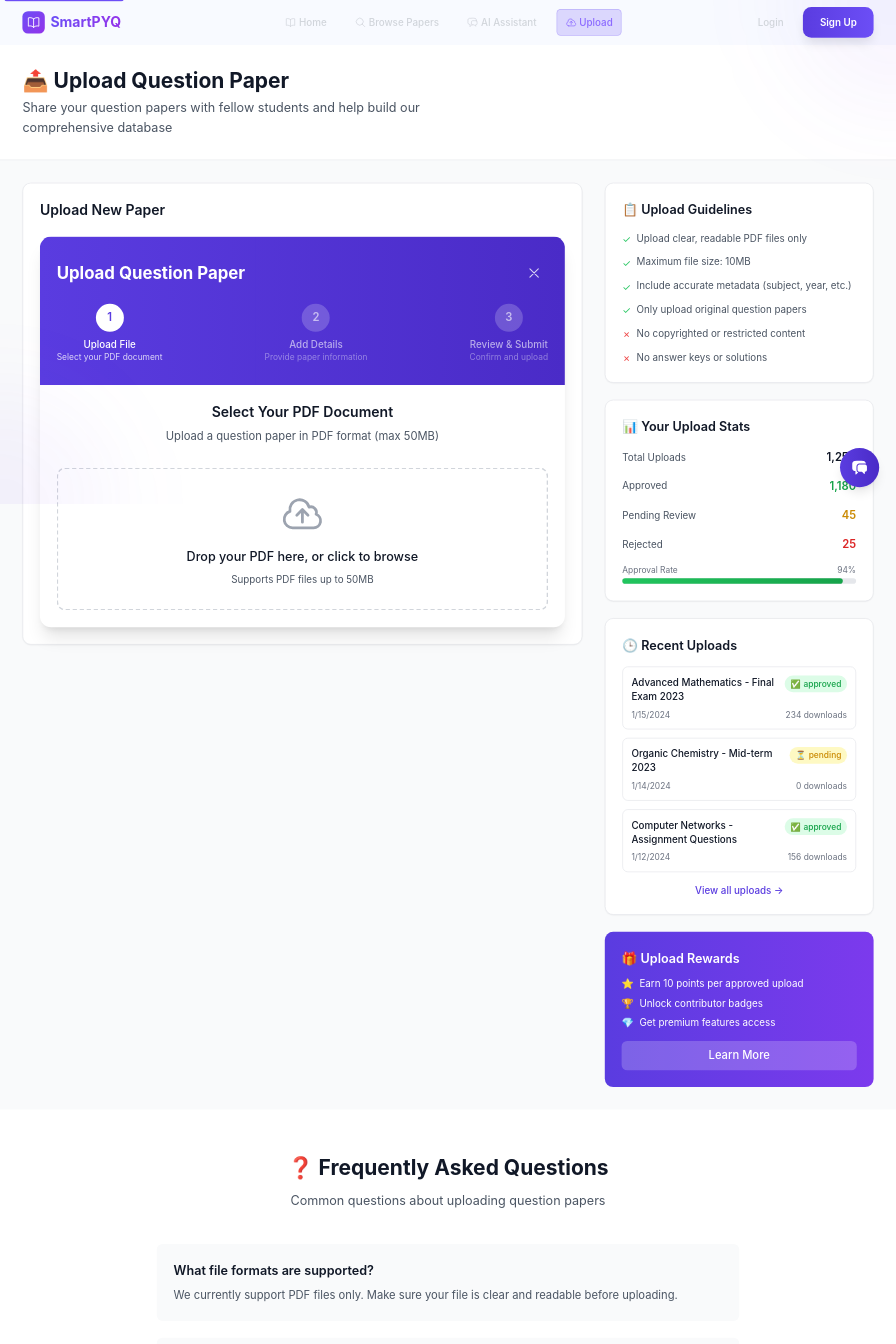
Repository: sumer52/smartpyq
Page: /upload (app in smartpyq-frontend/)
The author's editor kept a copy of each file at every save. The page is drawn from the files as they stood at one save, then again after the next save.
The browser window is 1280 px wide. The pictures show the part of the page from y = 0 to 1920 px (the page is 3389 px tall before and 3535 px after), at 70% of full size.
The project was rebuilt for these pictures with package versions that can differ from the ones it lists, and the page was loaded fresh each time. Also part of the build but not shown: smartpyq-frontend/vite.config.js.

Above is the page before, as saved 2025-09-07 14:20:47.

After the next save:
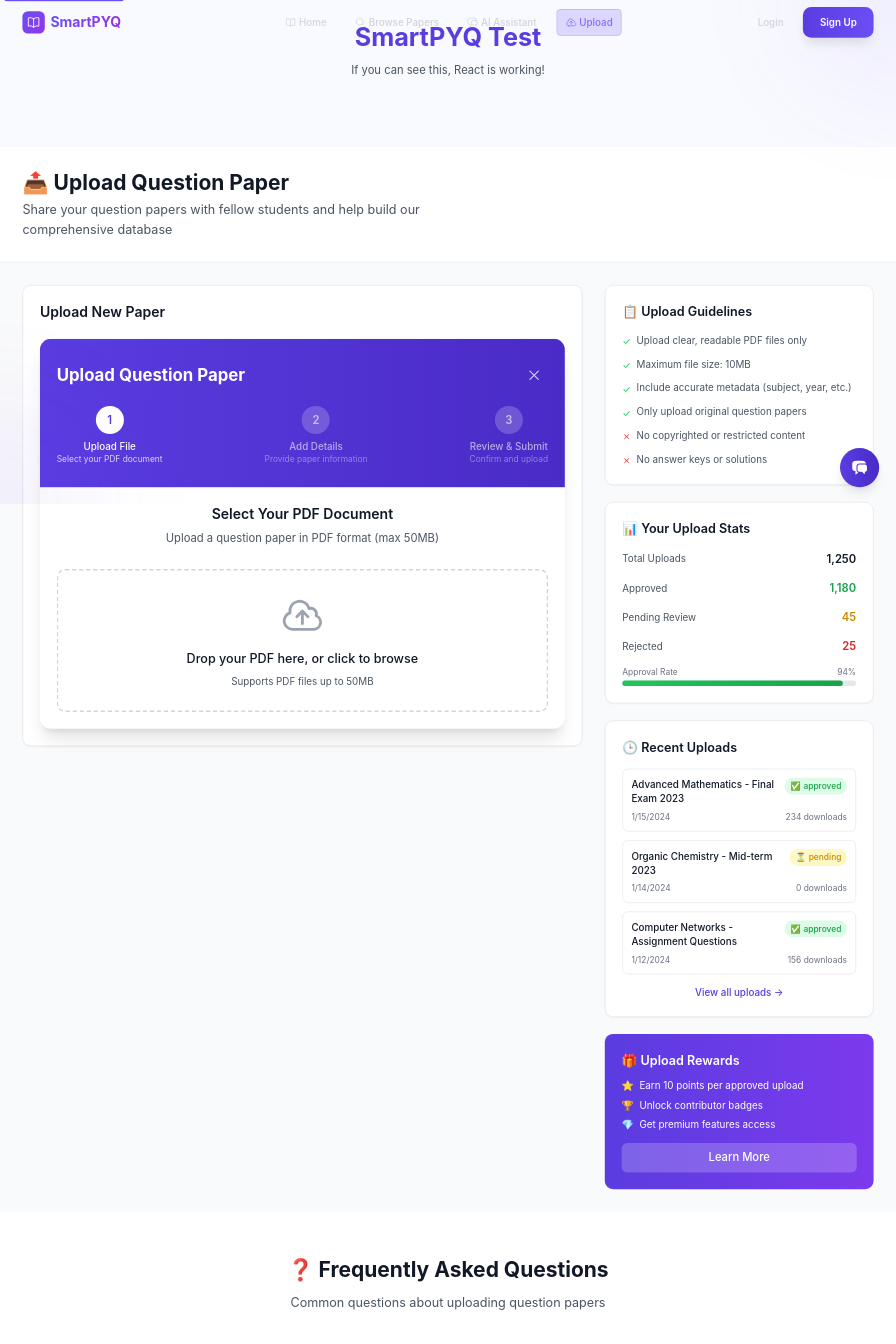
Saved 63 min 3 s later.
--- a/smartpyq-frontend/src/App.jsx
+++ b/smartpyq-frontend/src/App.jsx
@@ -53,6 +53,12 @@
 function App() {
   return (
     <div className="App min-h-screen bg-bg-light dark:bg-bg-dark">
+      {/* Test rendering */}
+      <div className="p-8 text-center">
+        <h1 className="text-4xl font-bold text-brand-600 mb-4">SmartPYQ Test</h1>
+        <p className="text-gray-600">If you can see this, React is working!</p>
+      </div>
+
       <SkipLink />
 
       {/* Header */}
